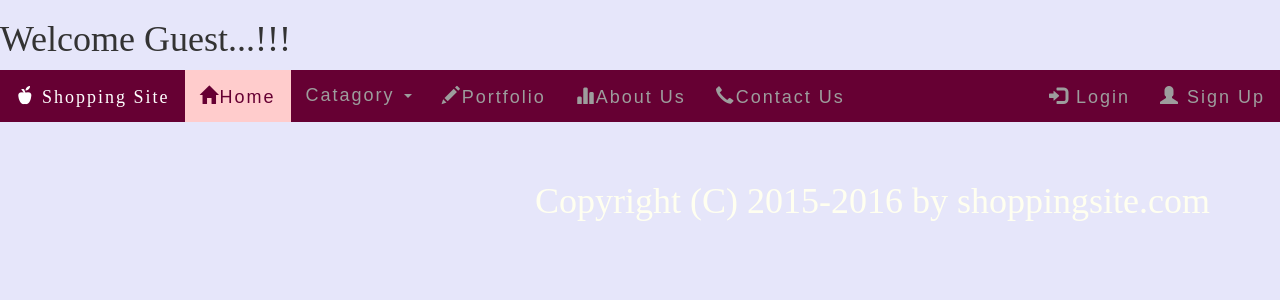
Repository: priyasuthakar/priya
Page: http://localhost/Apple/WEB-INF/views/productinfo.jsp
The author's editor kept a copy of each file at every save. The page is drawn from the files as they stood at one save, then again after the next save.
The browser window is 1280 px wide. The pictures show the whole page.
Some web libraries are served in a nearby version. The page is served by Tomcat 9. Nobody is signed in. Other server files are loaded and not shown. The template is opened directly, without the code that normally fills it, so the values that code supplies are empty.

Above is the page before, as saved 2016-08-25 17:41:34.

### Apple/src/main/webapp/WEB-INF/views/productinfo.jsp
<%@ page language="java" contentType="text/html; charset=ISO-8859-1"
	pageEncoding="ISO-8859-1"%>
<%@ taglib uri="http://java.sun.com/jsp/jstl/core" prefix="c"%>
<%@ taglib uri="http://www.springframework.org/tags" prefix="spring"%>
<%@ taglib uri="http://www.springframework.org/tags/form" prefix="form"%>

<%@page isELIgnored="false"%>
<%@include file="/WEB-INF/views/Header.jsp"%>

<!DOCTYPE html PUBLIC "-//W3C//DTD HTML 4.01 Transitional//EN" "http://www.w3.org/TR/html4/loose.dtd">
<html>
<head>
<meta http-equiv="Content-Type" content="text/html; charset=ISO-8859-1">
<meta name="viewport" content="width=device-width, initial-scale=1">
<title>My Shopping</title>
<!-- Latest compiled and minified CSS -->
<link rel="stylesheet"
	href="http://maxcdn.bootstrapcdn.com/bootstrap/3.3.6/css/bootstrap.min.css">

<!-- jQuery library -->
<script
	src="https://ajax.googleapis.com/ajax/libs/jquery/1.12.4/jquery.min.js"></script>

<!--Angularjs library -->
<script
	src="https://ajax.googleapis.com/ajax/libs/angularjs/1.5.7/angular.min.js"></script>

<!-- Latest compiled JavaScript -->
<script
	src="http://maxcdn.bootstrapcdn.com/bootstrap/3.3.6/js/bootstrap.min.js"></script>
<style>
.navbar {
	margin-bottom: 0;
	background-color: #660033;
	z-index: 9999;
	border: 0;
	font-size: 18px !important;
	line-height: 1.42857143 !important;
	letter-spacing: 2px;
	border-radius: 0;
	font-family: Montserrat, sans-serif;
}

.navbar .navbar-brand {
	color: #FFFFFF !important;
}

.navbar .li a {
	color: #FFF !important;
}

.navbar-nav li a:hover, .navbar-nav li.active a {
	color: #660033 !important;
	background-color: #FFCCCC !important;
}

.navbar-default .navbar-toggle {
	border-color: transparent;
	color: #FFCCCC !important;
}

footer .glyphicon {
	font-size: 24px;
	margin-bottom: 20px;
	color: #660033;
}

table {
	border-collapse: collapse;
}

table, tr, th, td {
	border: 2px solid black;
}

table {
	padding-left: 50%
}
</style>
</head>
<body id="myPage" data-spy="scroll" data-target=".navbar"
	data-offset="60" style="background-color: #E6E6FA">
	<%-- <div align="center">
		<label>Search:</label><input type="text" ng-model="searchbox"><span class="glypicon glypicon-search"></span>
    </button>
			</div>
			<div class="container">

			<img src=<c:url value="/resource/images/${plist.image }.jpg"/>>
			</div>
	<table class="table table-striped">
		<thead>
			<tr>
				<th width="120">NAME</th>
				<th width="120">COLOR</th>
				<th width="120">PRICE</th>
				<th width="120">DiSCRIPTION</th>
			</tr>
		</thead>
		<tbody>
			<tr ng-repeat="plist in product | filter:searchbox ">
				<td>{{plist.name}}</td>
				<td>{{plist.color}}</td>
				<td>{{plist.price}}</td>
				<td>{{plist.discription}}</td>
			</tr>
		</tbody>
	</table>
	<script type="text/javascript">
		var p = ${listp};
		var productapp = angular.module("productapp", []);
		productapp.controller("productCtrl", function($scope, $http) {
			$scope.product = p;
		});
	</script> --%>

	<div class="container">

		<c:forEach items="${productinfo}" var="product">
			<div class="col-sm-4">
				<div class="item">
					<img src="resource/images/${product.id}.jpg" width=300; heigt=300;
						class="img-responsive">
				</div>
			</div>
			<div class="col-sm-6">
				<br> <br> <b>PROID:</b> ${product.id}
				<br> <br> <b>NAME:</b> ${product.name}
				<br> <br> <b>COLOR:</b> ${product.color}
				<br> <br> <b>PRICE: Rs.</b> ${product.price}
				<br> <br><button type="#" class="btn btn-primary">BUY NOW</button>
				<button type="#" class="btn btn-primary">ADD TO CART</button>
			</div>
		</c:forEach>
		<br> <br>
		<%@include file="Footer.jsp"%>
</body>
</html>

### Apple/src/main/webapp/WEB-INF/views/Header.jsp
<%@ page language="java" contentType="text/html; charset=ISO-8859-1"
	pageEncoding="ISO-8859-1"%>
<%@ taglib uri="http://java.sun.com/jsp/jstl/core" prefix="c"%>
<!DOCTYPE html PUBLIC "-//W3C//DTD HTML 4.01 Transitional//EN" "http://www.w3.org/TR/html4/loose.dtd">
<html>
<head>
<meta http-equiv="Content-Type" content="text/html; charset=ISO-8859-1">
</head>
<body>
	<c:choose>
		<c:when test="${empty loggedInUser}">
			<font face="Harlow Solid Italic"><h1>Welcome Guest...!!!</h1></font>
		</c:when>
		<c:when test="${not empty loggedInUser}">
			<font face="Harlow Solid Italic"><h1>${loggedInUser}</h1></font>
		</c:when>
	</c:choose>
	<div class="responsive">
		<nav class="navbar navbar-inverse">
		<div class="container-fluid">
			<div class="navbar-header">
				<a class="navbar-brand"> <span class="glyphicon glyphicon-apple"></span>
					<font face="Script MT Bold"> Shopping Site </font>
				</a>
			</div>
			<ul class="nav navbar-nav">
				<li class="active"><a href="Home"><span
						class="glyphicon glyphicon-home"></span>Home</a></li>
				<li class="dropdown"><a class="dropdown-toggle"
					data-toggle="dropdown" href="#"> Catagory <span class="caret"></span></a>
					<ul class="dropdown-menu">
						<li><a href="product1?catname=Desktop">Desktop</a></li>
						<li><a href="product1?catname=Laptop">Laptop</a></li>
						<li><a href="product1?catname=Iphone">Iphone</a></li>
						<li><a href="product1?catname=Ipad">Ipad</a></li>
						<li><a href="product1?catname=Ipod">Ipod</a></li>
						<li><a href="product1?catname=Accessories">Accessories</a></li>
					</ul></li>
				<li><a href="portfolio"><span
						class="glyphicon glyphicon-pencil"></span>Portfolio</a></li>
				<li><a href="about"><span class="glyphicon glyphicon-stats"></span>About
						Us</a></li>
				<li><a href="contactus"><span
						class="glyphicon glyphicon-earphone"></span>Contact Us</a></li>
			</ul>
			<ul class="nav navbar-nav navbar-right">
					<c:choose>
					<c:when test="${empty loggedInUser}">
						<li><a href="login"><span
								class="glyphicon glyphicon-log-in"></span> Login</a></li>
						<li><a href="reg"><span class="glyphicon glyphicon-user"></span>
								Sign Up</a></li>
					</c:when>
					<c:when test="${not empty loggedInUser}">
					<li><a href="viewcart"><span
							class="glyphicon glyphicon-shopping-cart"></span>Cart</a></li>
						<li><a href="logout"><span
								class="glyphicon glyphicon-user"></span> Logout</a></li>
					</c:when>
				</c:choose>
			</ul>
		</div>
		</nav>
	</div>
</body>
</html>

### Apple/src/main/webapp/WEB-INF/views/Footer.jsp
<%@ page language="java" contentType="text/html; charset=ISO-8859-1"
    pageEncoding="ISO-8859-1"%>
<!DOCTYPE html PUBLIC "-//W3C//DTD HTML 4.01 Transitional//EN" "http://www.w3.org/TR/html4/loose.dtd">
<html>
<head>
<meta http-equiv="Content-Type" content="text/html; charset=ISO-8859-1">
<title>footer</title>
</head>
<body>
<nav>
<ul class="nav navbar-nav navbar-right">
<footer class="container-fluid bg-4 text-center">
  <font face="Harlow Solid Italic" color="#FFFFF"><h1>Copyright (C) 2015-2016 by shoppingsite.com </h1></font>
</footer>
</ul>
</nav>
</body>
</html>

After the next save:
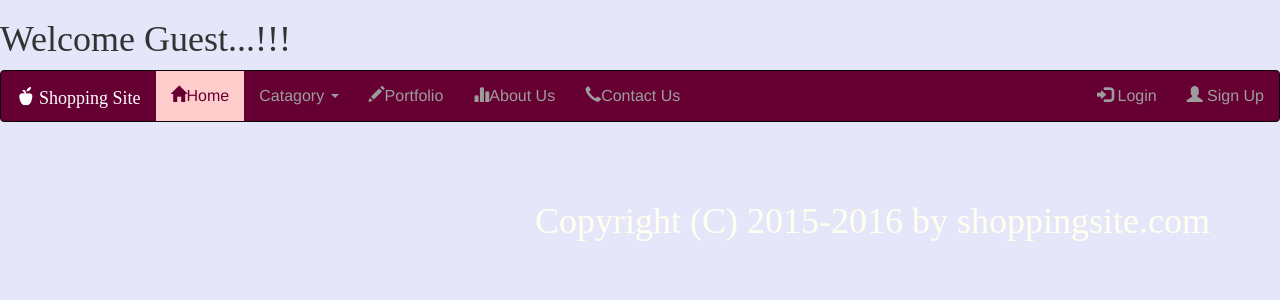
Saved 71 s later.
--- a/Apple/src/main/webapp/WEB-INF/views/productinfo.jsp
+++ b/Apple/src/main/webapp/WEB-INF/views/productinfo.jsp
@@ -30,15 +30,8 @@
 	src="http://maxcdn.bootstrapcdn.com/bootstrap/3.3.6/js/bootstrap.min.js"></script>
 <style>
 .navbar {
-	margin-bottom: 0;
 	background-color: #660033;
-	z-index: 9999;
-	border: 0;
-	font-size: 18px !important;
-	line-height: 1.42857143 !important;
-	letter-spacing: 2px;
-	border-radius: 0;
-	font-family: Montserrat, sans-serif;
+	font-size: 16px !important;
 }
 
 .navbar .navbar-brand {
